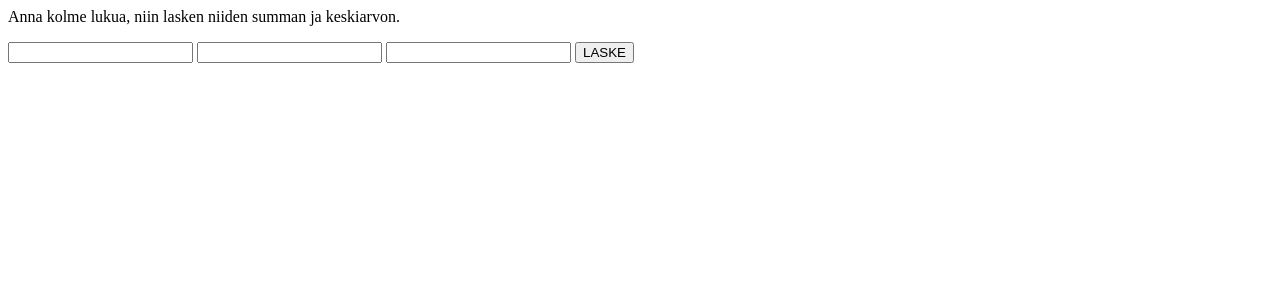
Repository: koodaajakige/knykanen
Page: public_html/be/kolmelukua.html
An editor plug-in stored every save of this project. The page is shown before and after the next save, followed by the edit.
The browser window is 1280 px wide. The pictures show the whole page.

Above is the page before, as saved 2022-10-14 14:45:50.

After the next save:
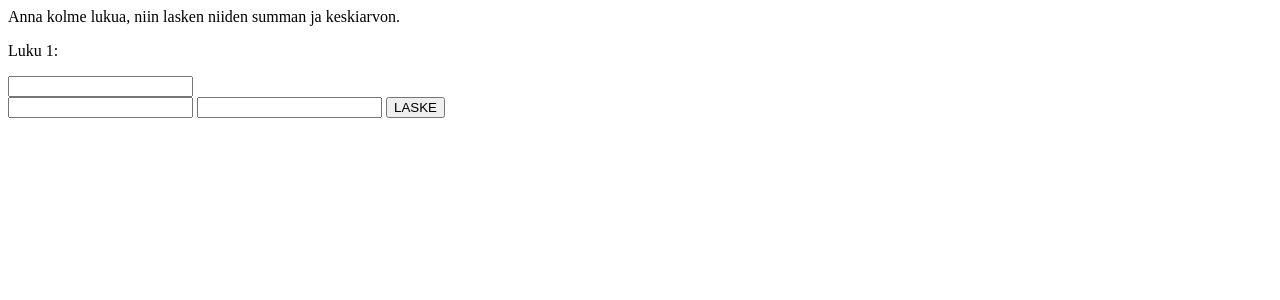
Saved 76 s later.
--- a/public_html/be/kolmelukua.html
+++ b/public_html/be/kolmelukua.html
@@ -5,7 +5,8 @@
 
 <p>Anna kolme lukua, niin lasken niiden summan ja keskiarvon.</p>
 <form action="bmi.php" method="GET">
-    <input type="text" name="luku1">
+    <p>Luku 1:</p>
+    <input type="text" name="luku1"><br>
     <input type="text" name="luku2">
     <input type="text" name="luku3">
     <input type="submit" value="LASKE">
